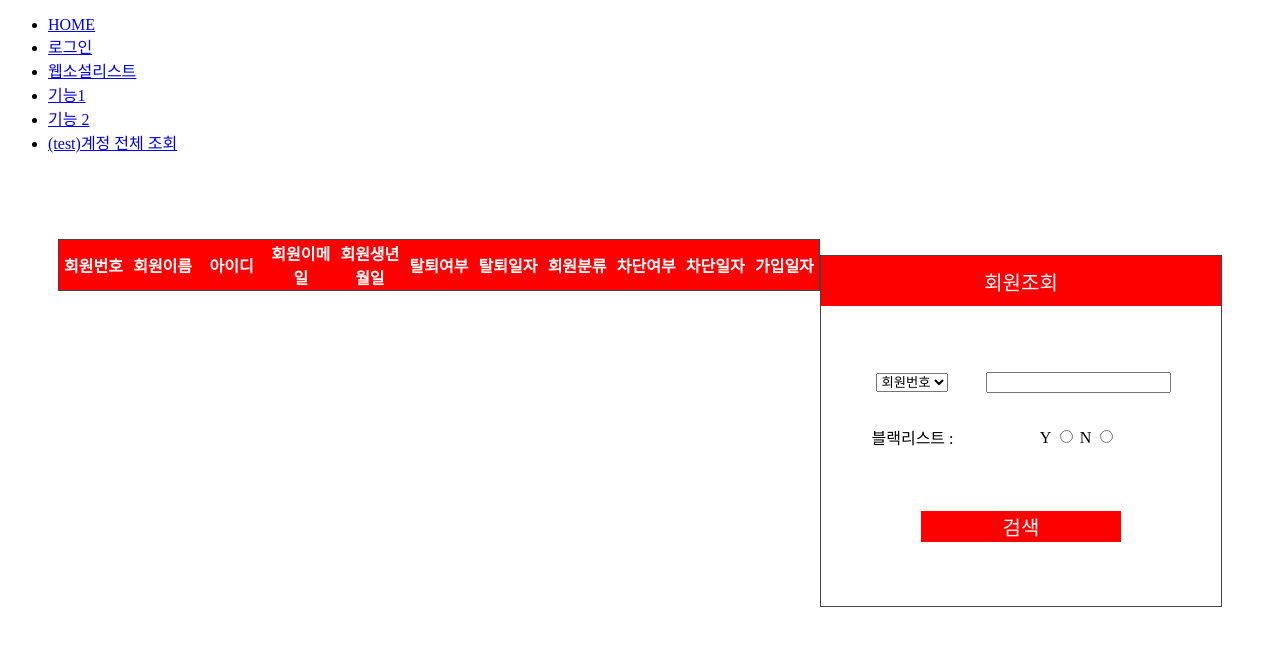
Repository: hoony0203/firstbook
Page: http://localhost/first_book/WEB-INF/views/admin/memberList.jsp
These files come from the project's save history. The page is drawn as it stood at one moment and after the next save; the edit follows.
The browser window is 1280 px wide. The pictures show the whole page.
The page is served by Tomcat 9. Nobody is signed in. The template is opened directly, without the code that normally fills it, so the values that code supplies are empty.

Above is the page before, as saved 2021-04-09 12:14:39.

After the next save:
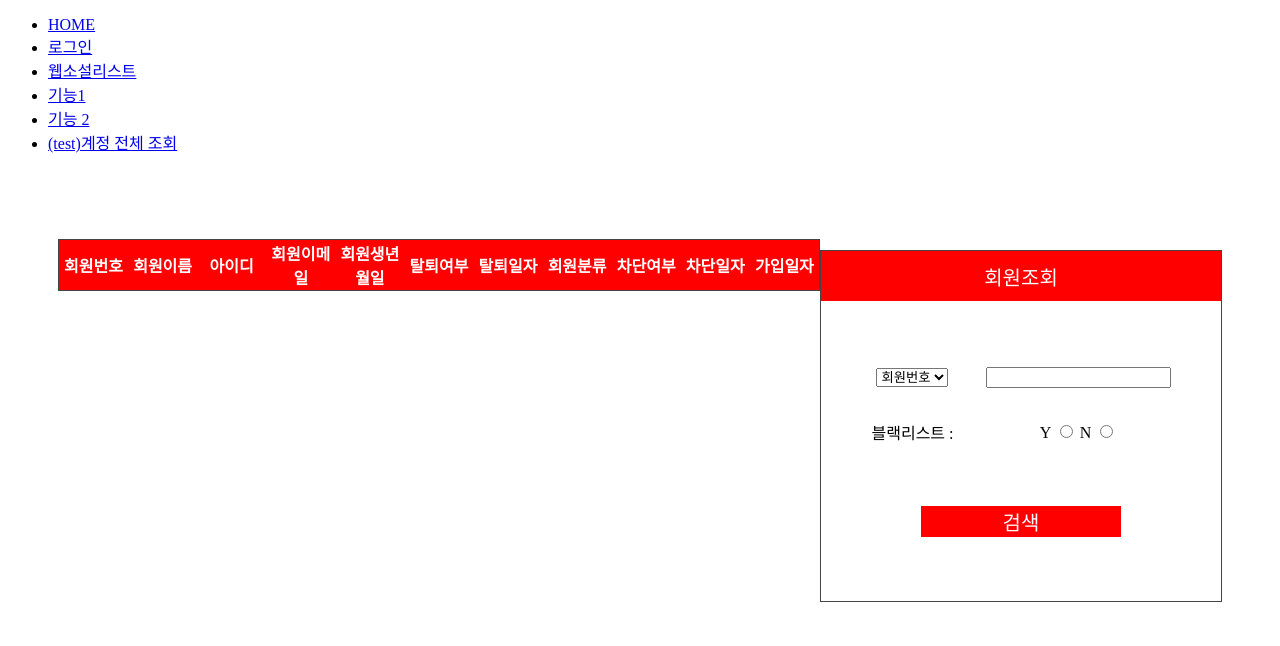
Saved 10 s later.
--- a/first_book/web/WEB-INF/views/admin/memberList.jsp
+++ b/first_book/web/WEB-INF/views/admin/memberList.jsp
@@ -17,7 +17,7 @@
 	section table tbody>tr:nth-child(odd) { background-color: #CFCFCF; }
 
 
-	aside { float:right; margin-top: 85px; margin-right : 50px; height : 350px; width : 400px; border: 1px solid #444444;}
+	aside { float:right; margin-top: 80px; margin-right : 50px; height : 350px; width : 400px; border: 1px solid #444444;}
 
 	.inbox { display: -webkit-box; display: -moz-box; display: -ms-flexbox; display: flex; -webkit-box-align: center;
         -moz-box-align: center; -ms-flex-align: center; align-items: center; /* 수직 정렬 */
